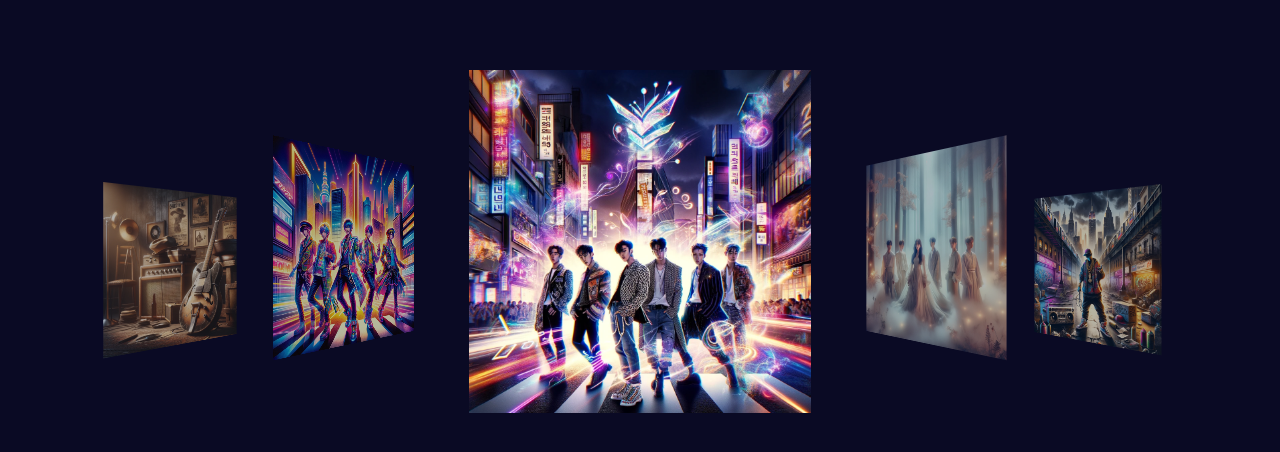
Repository: FujieRyou/2024_team
Page: /components/musicSlide
An editor plug-in stored every save of this project. The page is shown before and after the next save, followed by the edit.
The browser window is 1280 px wide. The pictures show the whole page.
The project was rebuilt for these pictures with package versions that can differ from the ones it lists, and the page was loaded fresh each time. The framework's server and built-in components were replaced by stand-ins that run in the browser. Also part of the build but not shown: next.config.js.

Above is the page before, as saved 2024-02-09 08:57:04.

### src/pages/_app.jsx
import "@/styles/ress.css"
import '@/styles/index.css'

export default function App({ Component, pageProps }) {
  return <Component {...pageProps} />
}

### src/pages/components/musicSlide.jsx
// pages/scroll2.jsx
import { useEffect, useState } from 'react';
import Image from 'next/image';

export default function Scroll2() {
    const [current, setCurrent] = useState(0);
    const sliderLength = 5; // 仮にスライダーの要素数を6とします

useEffect(() => {
        const interval = setInterval(() => {
        setCurrent((current) => (current + 1) % sliderLength);
    }, 3000);

    return () => clearInterval(interval);
}, []);

const getClassName = (index) => {
    if (index === current) return 'third';
    else if (index === (current + 1) % sliderLength) return 'fourth';
    else if (index === (current + 2) % sliderLength) return 'fifth';
    else if (index === (current - 1 + sliderLength) % sliderLength) return 'second';
    else if (index === (current - 2 + sliderLength) % sliderLength) return 'first';
    else return 'un-active';
};

return (
    <>
        <div className="scrollContent">
            <div className="scrollWrap">
                <ul className="scroll">
                    <li className={getClassName(0)}><Image src="/img/scroll.webp" alt="" width={145} height={145} /></li>
                    <li className={getClassName(1)}><Image src="/img/scroll2.webp" alt="" width={145} height={145} /></li>
                    <li className={getClassName(2)}><Image src="/img/scroll3.webp" alt="" width={145} height={145} /></li>
                    <li className={getClassName(3)}><Image src="/img/scroll4.webp" alt="" width={145} height={145} /></li>
                    <li className={getClassName(4)}><Image src="/img/scroll5.webp" alt="" width={145} height={145} /></li>
                </ul>
            </div>
        </div>
    </>
);
}

### src/styles/ress.css
/*!
 * ress.css • v4.0.0
 * MIT License
 * github.com/filipelinhares/ress
 */

/* # =================================================================
   # Global selectors
   # ================================================================= */

   html {
    box-sizing: border-box;
    -webkit-text-size-adjust: 100%; /* Prevent adjustments of font size after orientation changes in iOS */
    word-break: normal;
    -moz-tab-size: 4;
    tab-size: 4;
  }

  *,
  ::before,
  ::after {
    background-repeat: no-repeat; /* Set `background-repeat: no-repeat` to all elements and pseudo elements */
    box-sizing: inherit;
  }

  ::before,
  ::after {
    text-decoration: inherit; /* Inherit text-decoration and vertical align to ::before and ::after pseudo elements */
    vertical-align: inherit;
  }

  * {
    padding: 0; /* Reset `padding` and `margin` of all elements */
    margin: 0;
  }

  /* # =================================================================
     # General elements
     # ================================================================= */

  hr {
    overflow: visible; /* Show the overflow in Edge and IE */
    height: 0; /* Add the correct box sizing in Firefox */
    color: inherit; /* Correct border color in Firefox. */
  }

  details,
  main {
    display: block; /* Render the `main` element consistently in IE. */
  }

  summary {
    display: list-item; /* Add the correct display in all browsers */
  }

  small {
    font-size: 80%; /* Set font-size to 80% in `small` elements */
  }

  [hidden] {
    display: none; /* Add the correct display in IE */
  }

  abbr[title] {
    border-bottom: none; /* Remove the bottom border in Chrome 57 */
    /* Add the correct text decoration in Chrome, Edge, IE, Opera, and Safari */
    text-decoration: underline;
    text-decoration: underline dotted;
  }

  a {
    background-color: transparent; /* Remove the gray background on active links in IE 10 */
  }

  a:active,
  a:hover {
    outline-width: 0; /* Remove the outline when hovering in all browsers */
  }

  code,
  kbd,
  pre,
  samp {
    font-family: monospace, monospace; /* Specify the font family of code elements */
  }

  pre {
    font-size: 1em; /* Correct the odd `em` font sizing in all browsers */
  }

  b,
  strong {
    font-weight: bolder; /* Add the correct font weight in Chrome, Edge, and Safari */
  }

  /* https://gist.github.com/unruthless/413930 */
  sub,
  sup {
    font-size: 75%;
    line-height: 0;
    position: relative;
    vertical-align: baseline;
  }

  sub {
    bottom: -0.25em;
  }

  sup {
    top: -0.5em;
  }

  table {
    border-color: inherit; /* Correct border color in all Chrome, Edge, and Safari. */
    text-indent: 0; /* Remove text indentation in Chrome, Edge, and Safari */
  }

  /* # =================================================================
     # Forms
     # ================================================================= */

  input {
    border-radius: 0;
  }

  /* Replace pointer cursor in disabled elements */
  [disabled] {
    cursor: default;
  }

  [type='number']::-webkit-inner-spin-button,
  [type='number']::-webkit-outer-spin-button {
    height: auto; /* Correct the cursor style of increment and decrement buttons in Chrome */
  }

  [type='search'] {
    -webkit-appearance: textfield; /* Correct the odd appearance in Chrome and Safari */
    outline-offset: -2px; /* Correct the outline style in Safari */
  }

  [type='search']::-webkit-search-decoration {
    -webkit-appearance: none; /* Remove the inner padding in Chrome and Safari on macOS */
  }

  textarea {
    overflow: auto; /* Internet Explorer 11+ */
    resize: vertical; /* Specify textarea resizability */
  }

  button,
  input,
  optgroup,
  select,
  textarea {
    font: inherit; /* Specify font inheritance of form elements */
  }

  optgroup {
    font-weight: bold; /* Restore the font weight unset by the previous rule */
  }

  button {
    overflow: visible; /* Address `overflow` set to `hidden` in IE 8/9/10/11 */
  }

  button,
  select {
    text-transform: none; /* Firefox 40+, Internet Explorer 11- */
  }

  /* Apply cursor pointer to button elements */
  button,
  [type='button'],
  [type='reset'],
  [type='submit'],
  [role='button'] {
    cursor: pointer;
    color: inherit;
  }

  /* Remove inner padding and border in Firefox 4+ */
  button::-moz-focus-inner,
  [type='button']::-moz-focus-inner,
  [type='reset']::-moz-focus-inner,
  [type='submit']::-moz-focus-inner {
    border-style: none;
    padding: 0;
  }

  /* Replace focus style removed in the border reset above */
  button:-moz-focusring,
  [type='button']::-moz-focus-inner,
  [type='reset']::-moz-focus-inner,
  [type='submit']::-moz-focus-inner {
    outline: 1px dotted ButtonText;
  }

  button,
  html [type='button'], /* Prevent a WebKit bug where (2) destroys native `audio` and `video`controls in Android 4 */
  [type='reset'],
  [type='submit'] {
    -webkit-appearance: button; /* Correct the inability to style clickable types in iOS */
  }

  /* Remove the default button styling in all browsers */
  button,
  input,
  select,
  textarea {
    background-color: transparent;
    border-style: none;
  }

  a:focus,
  button:focus,
  input:focus,
  select:focus,
  textarea:focus {
    outline-width: 0;
  }

  /* Style select like a standard input */
  select {
    -moz-appearance: none; /* Firefox 36+ */
    -webkit-appearance: none; /* Chrome 41+ */
  }

  select::-ms-expand {
    display: none; /* Internet Explorer 11+ */
  }

  select::-ms-value {
    color: currentColor; /* Internet Explorer 11+ */
  }

  legend {
    border: 0; /* Correct `color` not being inherited in IE 8/9/10/11 */
    color: inherit; /* Correct the color inheritance from `fieldset` elements in IE */
    display: table; /* Correct the text wrapping in Edge and IE */
    max-width: 100%; /* Correct the text wrapping in Edge and IE */
    white-space: normal; /* Correct the text wrapping in Edge and IE */
    max-width: 100%; /* Correct the text wrapping in Edge 18- and IE */
  }

  ::-webkit-file-upload-button {
    /* Correct the inability to style clickable types in iOS and Safari */
    -webkit-appearance: button;
    color: inherit;
    font: inherit; /* Change font properties to `inherit` in Chrome and Safari */
  }

  /* # =================================================================
     # Specify media element style
     # ================================================================= */

  img {
    border-style: none; /* Remove border when inside `a` element in IE 8/9/10 */
  }

  /* Add the correct vertical alignment in Chrome, Firefox, and Opera */
  progress {
    vertical-align: baseline;
  }

  /* # =================================================================
     # Accessibility
     # ================================================================= */

  /* Specify the progress cursor of updating elements */
  [aria-busy='true'] {
    cursor: progress;
  }

  /* Specify the pointer cursor of trigger elements */
  [aria-controls] {
    cursor: pointer;
  }

  /* Specify the unstyled cursor of disabled, not-editable, or otherwise inoperable elements */
  [aria-disabled='true'] {
    cursor: default;
  }

### src/styles/index.css
html,body{
    width: 100vw;
    height: 100vh;
    background-color: #0A0A24;
    color: #fff;
}

nav{
    width: 100%;
    height: 81px;
    display: flex;
    justify-content: space-around;
    position: fixed;
    bottom: 0px;
    background-color: #0A0A24;
    border-top: solid 1px #8E8E8E;
}

.iconWrap{
    display: flex;
    flex-direction: column;
    align-items: center;
    justify-content: center;
}

.iconWrap div{
    display: flex;
    flex-direction: column;
    align-items: center;
    justify-content: center;
    text-decoration: none;
}

.iconWrap p{
    font-size: 10px;
    margin-top: 4px;
    color: #fff;
}

.loginWrap{
    width: 100vw;
    height: 100vh;
    padding-top: 200px;
}

.indexWrap{
    width: 100%;
    height: 100%;
}

/* h2{
    font-size: 64px;
    text-align: center;
    font-family: sans-serif;
    padding-top: 30px;
} */

.appName{
    font-size: 64px;
    text-align: center;
    font-family: sans-serif;
    padding-top: 30px;
    margin-top: 30px;
    color: #fff;
}

.signBtnWrap{
    width: 100%;
    height: auto;
}

.signBtn{
    display: flex;
    align-items: center;
    justify-content: center;
    width: 200px;
    height: 54px;
    border-radius: 30px;
    background-color: rgb(65, 243, 65);
    font-size: 16px;
    /* box-shadow: 3px 1px 3px 1px rgb(235, 235, 235); */
    margin: 0 auto;
    margin-top: 280px;
    color: #000;
    text-decoration: none;
}

.logoBox{
    width: 64px;
    height: 64px;
    background-color: gray;
    color: #fff;
    margin: 0 auto;
    display: flex;
    justify-content: center;
    align-items: center;
}

h2{
    text-align: center;
}

.searchWrap{
    margin-top: 69px;
    margin-bottom: 11px;
    padding: 0px 13px;
}

.searchTxt{
    width: 100%;
    height: 40px;
    border: solid 1px #000;
    background-color: #28376C;
    color: #fff;
    padding: 7px 18px;
    border-radius: 13px;

}

.searchBtn{
    width: 64px;
    height: 32px;
    background-color: aquamarine;
}

.searchResults{
    display: flex;
    gap: 8px;
    width: 100%;
    height: 88px;
    padding: 8px;
    overflow: hidden;
}

.searchResultsImg{
    width: 80px;
    height: 80px;
}

.searchResultsTxt p{
    width: 288px;
    font-size: 14px;
}

.genreWrap{
    padding: 0px 21px;
}

.genreWrap p{
    padding-left: 74px;
    margin-bottom: 12px;
}

.genruBtnWrap{
    display: flex;
    flex-wrap: wrap;
    padding: 0px 8px;
    gap: 16px 12px;
    margin: 0 auto;
}

.genruBtnWrap > button{
    width: 172px;
    height: 86px;
    background-color: #F42C2C;
    border-radius: 10px;
}

header{
    display: flex;
    align-items: center;
    justify-content: space-between;
    padding: 51px 30px 42px 18px;
}

.genre_wrap{
    color: #fff;
    font-size: 14px;
    text-align: center;
    font-family: 'Noto Sans JP', sans-serif;
}

/* MIX */
#mix_wrap{
    font-size: 25px;
    font-family:Impact, Haettenschweiler, 'Arial Narrow Bold', sans-serif;
    margin-left: 25px;
}

input{
    color: #fff;
}

/*genre btn*/
.switchingBtn{
    display: flex;
    justify-content: center;
    align-items: center;
    width: 154px;
    height: 42px;
    border: solid 1px #fff;
    border-radius: 5px;
    text-align: center;
    padding: 0px 5px;
}

.everyone{
    width: 80%;
    height: 80%;
    display: flex;
    align-items: center;
    justify-content: center;
    border: solid 1px #0500FF;
    border-radius: 7px;
    background-color: #36457B;
    font-size: 12px;
    font-family:  'Noto Sans JP', sans-serif;
}

.ranking{
    width: 80%;
    height: 80%;
    display: flex;
    align-items: center;
    justify-content: center;
    border-radius: 7px;
    font-size: 12px;
    font-family:  'Noto Sans JP', sans-serif;;
}

.myPageIcon{
    width: 40px;
    height: 40px;
    border-radius: 20px;
    border: solid 1px #fff;
}


/*main*/
#main_img{
    width: 100%;
    height: 200px;
    margin: 0 auto;

}

/*見出し*/
#addition_wrap{
    width: 100%;
    margin-top: 16px;
    margin-bottom: 24px;
    padding: 0px 46px 0px 15px;
    display: flex;
    align-items: center;
    justify-content: space-between;
}
.addition{
    font-size: 16px;
    font-family:  'Noto Sans JP', sans-serif;
}
.addition > span{
    font-size: 13px;
}
.dli-plus {
    display: inline-block;
    vertical-align: middle;
    justify-content: center;
    color: #fff;
    line-height: 20px;
    width: 1.5rem;
    height:0.15rem;
    background: #efefef;
    border-radius: 1rem;
    position: relative;
    top:24px;
    left:10px;
}

.dli-plus::before {
    content: '';
    position: absolute;
    top: 0;
    left: 0;
    width: 100%;
    height: 100%;
    background: inherit;
    border-radius: inherit;
    transform: rotate(90deg);

}
#addition_wrap{
    display: flex;
}
#addition_wrap  .back{
    display: block;
    background: #231815;
    width: 35px;
    height:35px;
    border-radius: 25%;
    margin-right: 50px;
}
.addition-text{
    font-size: 30px;
    font-family:'Noto Sans JP', sans-serif;

}

/*music list*/
#songContent_wrap{
    display: flex;
    width: 100%;
    justify-content: space-between;
    align-items: center;
    margin-bottom: 15px;
    padding: 0px 32px 0px 22px;
}

.song_num{
    font-size: 20px;
}

#song_wrap{
    display: flex;
    justify-content: center;
    align-items: center;
    gap: 10px;
}


.song_img{
    border: solid 1px skyblue;
    width: 70px;
    height: 70px;
}

.songtitle{
    font-size: 16px;
}
.singer{
    font-size: 14px;
}

.contributor{
    display: flex;
}
.contributor > img{
    width: 17px;
    height: 17px;
    border-radius: 20px;
    margin-right: 6px;
}
.contributor > p{
    font-size: 11px;
}

.button_wrap{
    display: flex;
    flex-direction: column;
}
.button{
    width: 20px;
    height: 20px;
    border-radius: 50%;
    background-color: #d9d9d9;
    display: flex;
    justify-content: center;
}

.button p{
    display: flex;
    justify-content: center;
    align-items: center;
    text-align: center;
    gap: 3px;
}

.button p span{
    width: 3px;
    height: 3px;
    border-radius: 50%;
    background-color: #000;

}

/* アニメーションのキーフレーム定義 */
@keyframes slideInLeft {
    from {
    transform: translateX(-100%);
    opacity: 0;
    }
    to {
    transform: translateX(0);
    opacity: 1;
    }
}

@keyframes slideInRight {
    from {
    transform: translateX(100%);
    opacity: 0;
    }
    to {
    transform: translateX(0);
    opacity: 1;
    }
}

  /* アニメーションを適用するクラス */
.slide-in-left {
    animation: slideInLeft 0.5s forwards;
}

.slide-in-right {
    animation: slideInRight 0.5s forwards;
}



.scrollContent {
    position: relative;
    width: 100vw;
    margin: 0 auto;
}
.scrollWrap {
    width: 100%;
    display: flex;
    justify-content: center;
    align-items: center;
    height: 500px;
}
.scrollWrap > .scroll > li {
    transition: all 0.5s ease-in-out, left 0.5s ease, right 0.5s ease;
    position: absolute;
}
.scroll {
    display: flex;
    justify-content: center;
    align-items: center;
    perspective-origin: center center;
    transform-origin: center center;
    perspective: 600px;
}

li {
    list-style-type: none;
}

.first {
    transform: translateX(-600px) translateZ(-180px) translateY(25px) rotateY(85deg);
    opacity: 0.7;
}

.second {
    transform: translateX(-300px) translateZ(-30px) rotateY(75deg);
    opacity: 0.7;
}

.third {
    transform: translateY(-3px) translateZ(250px);
    text-align: center;
}

.fourth {
    transform: translateX(300px) translateZ(-30px) rotateY(-75deg);
    opacity: 0.7;
}

.fifth {
    transform: translateX(600px) translateZ(-200px) translateY(25px)
    rotateY(-85deg);
    opacity: 0.7;
    z-index: 1;
}

li img {
    width: 200px;
    height: 200px;
    object-fit: cover;
}
.un-active {
    opacity: 0;
}

Loaded but not shown: src/pages/_document.jsx (common file)

After the next save:
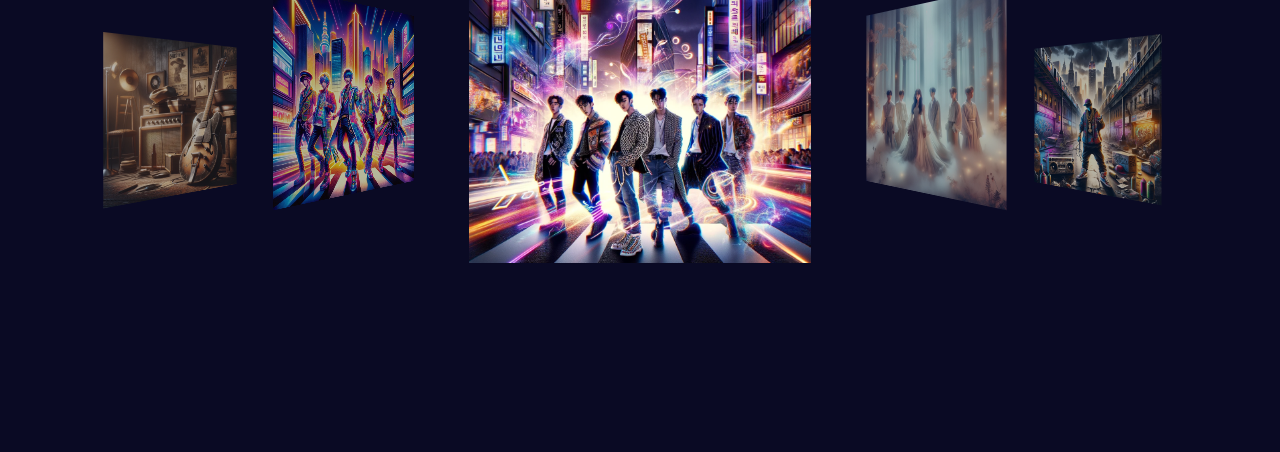
Saved 28 s later.
--- a/src/styles/index.css
+++ b/src/styles/index.css
@@ -426,7 +426,7 @@ input{
     display: flex;
     justify-content: center;
     align-items: center;
-    height: 500px;
+    height: 200px;
 }
 .scrollWrap > .scroll > li {
     transition: all 0.5s ease-in-out, left 0.5s ease, right 0.5s ease;
